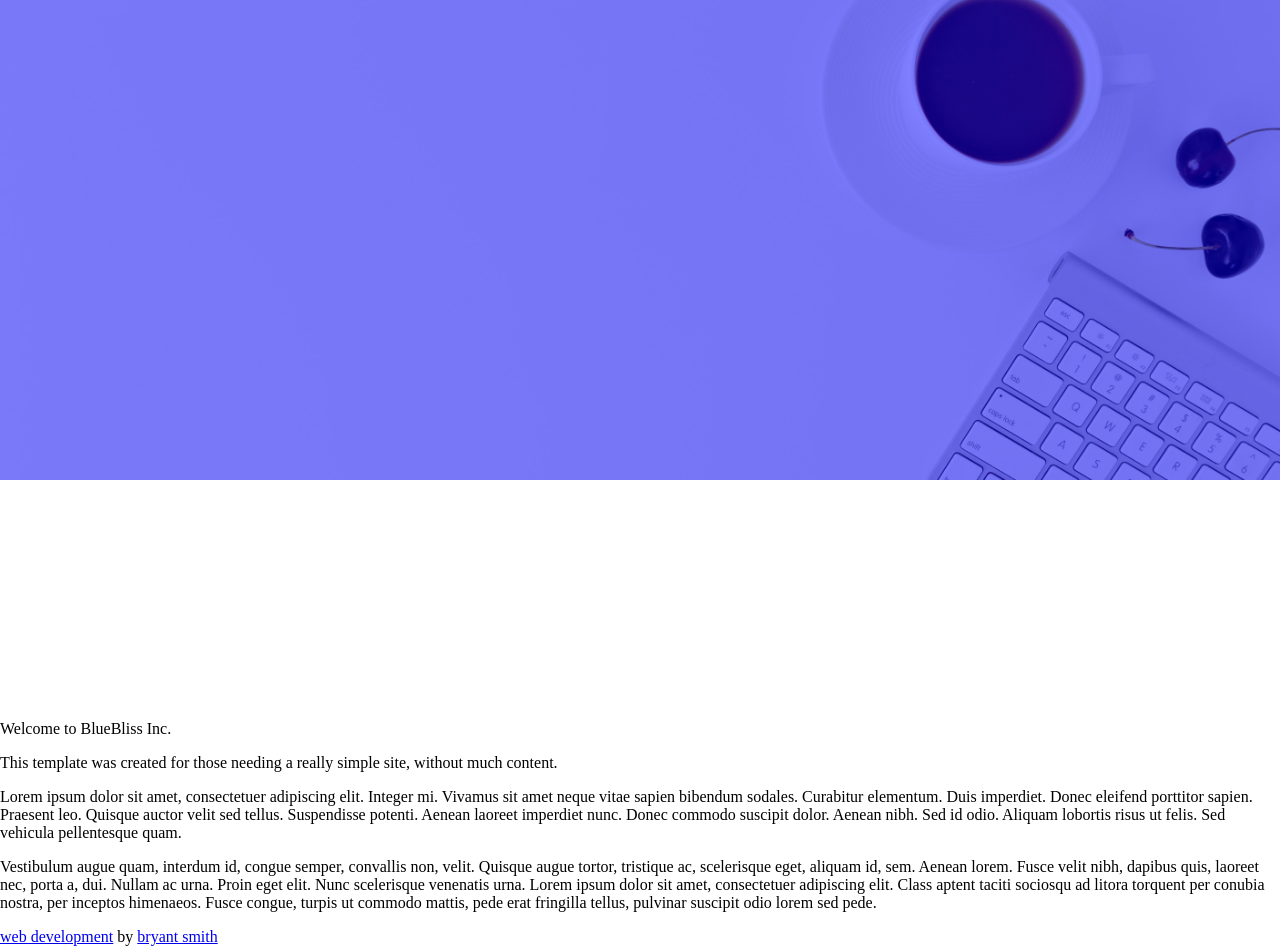
Repository: Scoofster/SWE-Flying-start-bio-website
Page: public/index.html
An editor plug-in stored every save of this project. The page is shown before and after the next save, followed by the edit.
The browser window is 1280 px wide. The pictures show the whole page.

Above is the page before, as saved 2022-06-16 13:02:28.

After the next save:
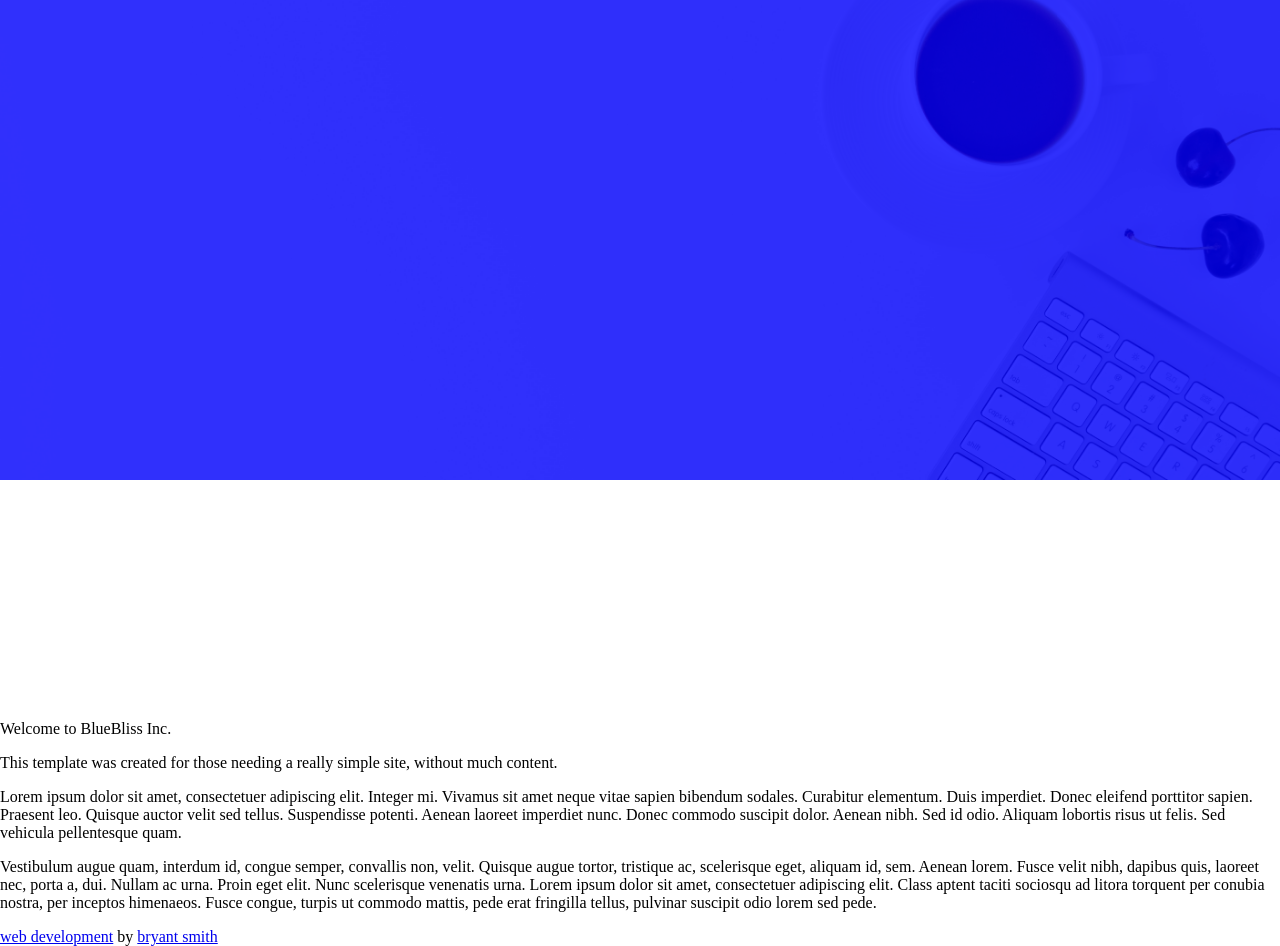
Saved 12 s later.
--- a/public/index.css
+++ b/public/index.css
@@ -17,7 +17,7 @@
 
 #hero_overlay {
     grid-area: 1 /1 / span 2 / span 3;
-    opacity: 50%;
+    opacity: 80%;
     background-color: blue;
 
 }
